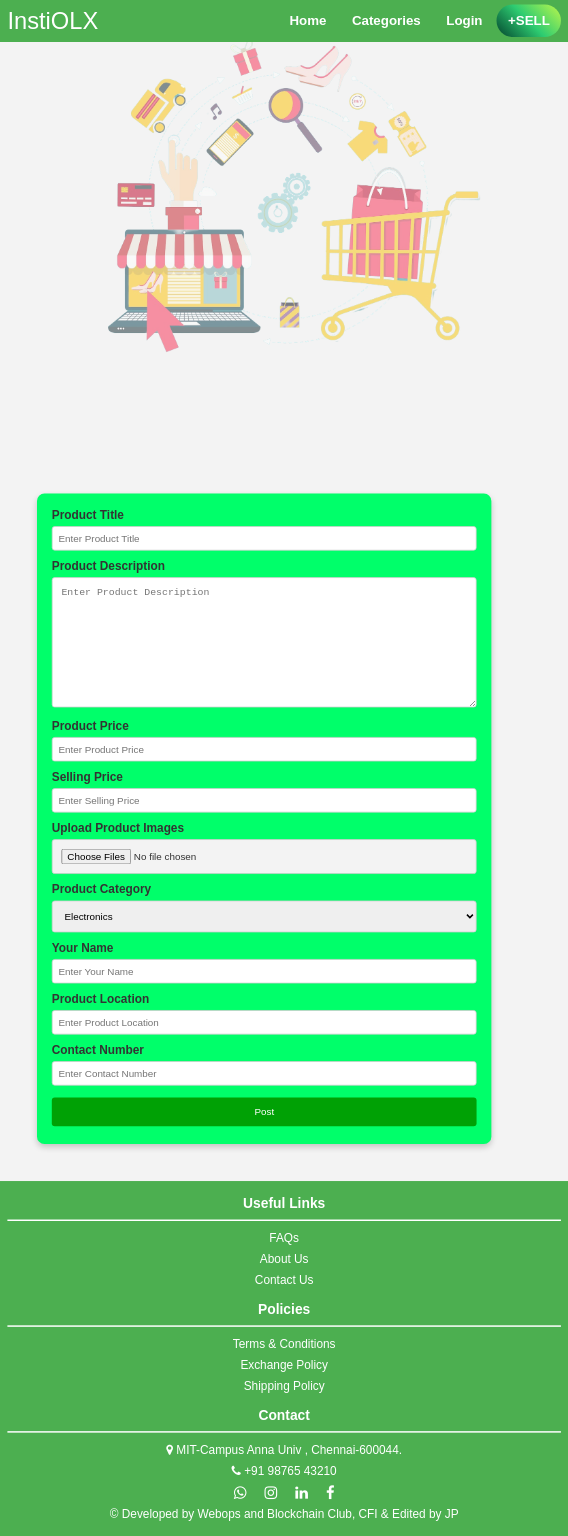
Repository: John-Prabu-A/web-dev-summer-school
Page: Session_1_Assignment/sell.html
The author's editor kept a copy of each file at every save. The page is drawn from the files as they stood at one save, then again after the next save.
The browser window is 768 px wide. The pictures show the whole page, at 74% of full size.

Above is the page before, as saved 2024-06-20 16:33:56.

### Session_1_Assignment/sell.html
<!DOCTYPE html>
<html lang="en">

<head>
    <meta charset="UTF-8">
    <meta name="viewport" content="width=device-width, initial-scale=1.0">
    <title>InstiOLX</title>
    <link rel="stylesheet" href="Styles.css">
    <link rel="stylesheet" href="https://cdnjs.cloudflare.com/ajax/libs/font-awesome/4.7.0/css/font-awesome.min.css">
    <link rel="stylesheet" href="sell-page.css">
</head>

<body>
    <header>
        <div id="logo">InstiOLX</div>
        <div class="navbar">
          <span class="nav-link">
            <a href="/Session_1_Assignment/index.html">Home</a>
          <a href="#">Categories</a>
          <a href="#">Login</a>
          </span>
          <a href="/Session_1_Assignment/sell.html" style="background:linear-gradient(45deg, #03442e, #2ECC71 , #BDF74B );text-align:center;border-radius:40px;">+SELL</a>
        </div>
    </header>

    <img src="/Session_1_Assignment/sell-page-bg.png" alt="sell-page-image">
    <form action="" class="container" method="post">
        <label for="product-title"><b>Product Title</b></label>
        <input type="text" placeholder="Enter Product Title" name="product-title" required>

        <Lable for="product-description"><b>Product Description</b></Lable>
        <textarea name="product-description" id="product-description" cols="30" rows="10"
            placeholder="Enter Product Description" required></textarea>

        <label for="product-price"><b>Product Price</b></label>
        <input type="text" placeholder="Enter Product Price" name="product-price" required>

        <label for="selling-price"><b>Selling Price</b></label>
        <input type="text" placeholder="Enter Selling Price" name="selling-price" required>

        <!-- multiple photo upload -->
        <label for="product-image"><b>Upload Product Images</b></label>
        <input type="file" name="product-image" id="product-image" multiple required>

        <label for="product-category"><b>Product Category</b></label>
        <select name="product-category" id="product-category" required>
            <option value="electronics">Electronics</option>
            <option value="furniture">Furniture</option>
            <option value="vehicles">Vehicles</option>
            <option value="clothing">Clothing</option>
            <option value="books">Books</option>
            <option value="miscellaneous">Miscellaneous</option>
            <option value="other">Other</option>
        </select>

        <label for="seller-name"><b>Your Name</b></label>
        <input type="text" placeholder="Enter Your Name" name="seller-name" required>

        <label for="product-location"><b>Product Location</b></label>
        <input type="text" placeholder="Enter Product Location" name="product-location" required>

        <label for="product-contact"><b>Contact Number</b></label>
        <input type="text" placeholder="Enter Contact Number" name="product-contact" required>

        <button type="submit">Post</button>
    </form>
    <footer class="footer">
        <div class="footer-container">
            <div class="footer-column">
                <h3>Useful Links</h3>
                <ul>
                    <li><a href="#">FAQs</a></li>
                    <li><a href="#">About Us</a></li>
                    <li><a href="#">Contact Us</a></li>
                </ul>
            </div>
            <div class="footer-column">
                <h3>Policies</h3>
                <ul>
                    <li><a href="#">Terms & Conditions</a></li>
                    <li><a href="#">Exchange Policy</a></li>
                    <li><a href="#">Shipping Policy</a></li>
                </ul>
            </div>
            <div class="footer-column">
                <h3>Contact</h3>
                <p><i class="fa fa-map-marker"></i> MIT-Campus Anna Univ , Chennai-600044.</p>
                <p><i class="fa fa-phone"></i> +91 98765 43210</p>
                <div class="social-icons">
                    <a href="#" class="fa fa-whatsapp"></a>
                    <a href="#" class="fa fa-instagram"></a>
                    <a href="#" class="fa fa-linkedin"></a>
                    <a href="#" class="fa fa-facebook"></a>
                </div>
            </div>
            © Developed by Webops and Blockchain Club, CFI & Edited by JP
        </div>
    </footer>
</body>

</html>

### Session_1_Assignment/Styles.css
* {
    box-sizing: border-box;
    margin: 0;
    padding: 0;
}

body {
    font-family: 'Gill Sans', 'Gill Sans MT', Calibri, 'Trebuchet MS', sans-serif;
    background-color: white;
    color: #333;
}

header{
    background-color: #4CAF50;
    color: white;
    padding: 10px;
    display: flex;
    justify-content: space-between;
    align-items: center;
    position: fixed;
    width: 100%;
    z-index: 100;
  }
  header #logo {
    font-size: 2em;
  }

  header .navbar a{
    color: white;
    font-weight: bold;
    font-size: 18px;
    padding: 12px 15px;
    text-decoration: none;
  }
  header .navbar a:hover{
    background-color: #45a049;
  }
.banner {
    position: relative;
    padding: 60px 0 0 0;
}

.banner img {
    width: 100%;
}

.search-bar {
    margin: 20px;
    display: flex;
    justify-content: center;
}

.search-bar input[type="text"] {
    width: 300px;
    padding: 10px;
    border: 2px solid #4CAF50;
    border-radius: 5px 0 0 5px;
    border-right: 0;
    outline: none;             /*On starting to type it creates balck border by default,so to avoid it v use this*/
}

.search-bar button {
    padding: 10px 20px;
    border: 2px solid #4CAF50;
    border-left: 0;
    background-color: #4CAF50;
    color: white;
    cursor: pointer;
    border-radius: 0 5px 5px 0;
}

.search-bar button:hover {
    background-color: #45a049;
}

.slideshow-container {
    display: flex;
    justify-content: center;
    gap: 50px;
    flex-wrap: wrap;
}

.slideshow {
    position: relative;
    width: 350px;
    height: 350px;
    overflow: hidden;
    border-radius: 20px;
    border: 2px solid #ddd;
    box-shadow: 0 0 10px rgba(0, 0, 0, 0.1);
}

.slideshow-image {
    position: absolute;
    width: 100%;
    height: 100%;
    background-size: cover;
    opacity: 0;
    animation-iteration-count: infinite;
}

.image1 { background-image: url('https://encrypted-tbn0.gstatic.com/images?q=tbn:ANd9GcQVwGVsuaL7RGKo6A_Sqq83s5_6XYFMhHsjug&s');
          animation-name: fade1;
          animation-duration: 4s; }
.image2 { background-image: url('https://5.imimg.com/data5/WS/NI/FV/SELLER-11710265/mad-maxx-bicycles-avengers-single-kids-cycle-500x500.jpg');
          animation-name: fade2;
          animation-duration: 4s; }
.image3 { background-image: url('https://5.imimg.com/data5/SELLER/Default/2022/7/YX/MH/UK/153492086/pulsar-150cc-twin-disk-500x500.png');
          animation-name: fade3;
          animation-duration: 4s; }
.image4 { background-image: url('https://cpimg.tistatic.com/07673503/b/4/Toyota-Innova-Crysta.jpg');
          animation-name: fade1;
          animation-duration: 4s; }
.image5 { background-image: url('https://tiimg.tistatic.com/fp/1/007/862/most-advanced-modern-premium-lg-7-kg-front-fully-automatic-washing-machine-255.jpg');
          animation-name: fade2;
          animation-duration: 4s; }
.image6 { background-image: url('https://5.imimg.com/data5/SELLER/Default/2022/3/MI/KE/UL/19250422/whirlpool-1-0-ton-3-star-inverter-split-ac-500x500.jpg');
          animation-name: fade3;
          animation-duration: 4s; }
.image7 { background-image: url('https://5.imimg.com/data5/SELLER/Default/2021/8/HZ/XR/AC/8962391/household-vacuum-cleaner-500x500.jpg');
          animation-name: fade1;
          animation-duration: 4s; }
.image8 { background-image: url('https://static.nbastore.in/resized/500X500/50/nba-authentic-series-indoor-outdoor-basketball-size-7-brown-65146fd7e6af2.jpg');
          animation-name: fade2;
          animation-duration: 4s; }
.image9 { background-image: url('https://m.media-amazon.com/images/I/61KOc8c4xQL._SL1200_.jpg');
          animation-name: fade3;
          animation-duration: 4s; }

@keyframes fade1 {
    0%, 33.33% { opacity: 1; }
    33.34%, 100% { opacity: 0; }
}
@keyframes fade2 {
    0%, 33.33% { opacity: 0; }
    33.34%, 66.66% { opacity: 1; }
    66.67%, 100% { opacity: 0; }
}
@keyframes fade3 {
    0%, 66.66% { opacity: 0; }
    66.67%, 100% { opacity: 1; }
}

.container {
    position: relative;
    max-width: 100%;
  }

    .image {
        opacity: 1;
        display: block;
        width: 100%;
        height: auto;
    }

  .middle {
    opacity: 0;
    position: absolute;
    top: 50%;
    left: 50%;
    transform: translate(-50%, -50%);
    text-align: center;
  }
  .text {
    color: #4CAF50;
    font-size: 16px;
    padding: 16px 32px;
    font-weight: bold;
  }
  .container:hover .image {
    opacity: 0.3;
  }

  .container:hover .middle {
    opacity: 1;
  }


.product-listings {
    display: flex;
    flex-wrap: wrap;
    justify-content: center;
    margin: 20px;
    border: 5px solid #4CAF50;
    border-radius: 15px;
    padding: 25px;
}

.product {
    background-color: white;
    border: 2px solid #e0e0e0;
    border-radius: 10px;
    margin: 30px;
    padding: 15px;
    width: 220px;
    text-align: center;
    transition: transform 0.5s, box-shadow 0.3s;
}

.product:hover {
    box-shadow: 0 4px 8px rgba(0, 0, 0, 0.2);
    transform: scale(1.05);
}

.product img {
    max-width: 100%;
    border-bottom: 1px solid #e0e0e0;
    margin-bottom: 10px;
}

.product-info h2 {
    font-size: 1.2em;
    margin-bottom: 10px;
    color: #4CAF50;
}

.product-info p {
    font-size: 1em;
    color: #777;
}

.footer {
    background-color: #4CAF50;
    color: white;
    text-align: center;
    padding: 20px 0;
    margin-top: 40px;
}

.footer-container {
    display: flex;
    flex-wrap: wrap;
    justify-content: center;
}

.footer-column {
    width: 30%;
    margin: 10px;
}

.footer-column h3 {
    border-bottom: 2px solid #fff;
    padding-bottom: 10px;
    margin-bottom: 15px;
}

.footer-column ul {
    list-style-type: none;
}

.footer-column ul li {
    margin: 10px ;
}

.footer-column ul li a {
    color: white;
    text-decoration: none;
}

.footer-column p {
    margin-top: 10px;
}

.footer-column .social-icons {
    margin-top: 10px;
}

.footer-column .social-icons a {
    color: white;
    text-decoration: none;
    margin: 0 10px;
    font-size: 20px;
}


@media screen and (max-width: 600px) {

    .slideshow-container {
        flex-direction: column;
        gap: 20px;
    }

    .slideshow {
        width: 100%;
        height: 200px;
    }

    .nav-link {
        display: none;
    }

    .product {
        width: 100%;
    }
    .product-listings {
        margin: 10px;
    }
    .footer-column {
        width: 100%;
    }
    .footer-column ul {
        text-align: center;
    }
    .footer-column .social-icons {
        text-align: center;
    }
    .footer-column .social-icons a {
        margin: 0 5px;
    }
}

### Session_1_Assignment/sell-page.css
body {
    font-family: Arial, Helvetica, sans-serif;
    background-color: #f3f3f3;
}

img {
    display: block;
    position: fixed;
    right: 0;
    top: 15%;
    padding: 16px;
    width: 60%;
    height: auto;
    z-index: -1;
    box-sizing: border-box;
    opacity: 0.5;
    transition: opacity 0.2s ease-out;
}

.sticky-container {
    position: -webkit-sticky;
    position: sticky;
    top: 0;
    height: 100px;
}

.container {
    display: block;
    position: relative;
    top: 100px;
    padding: 16px;
    margin: 0 20px 150px 50px;
    background-color: #00ff6a;
    padding: 20px;
    width: 40%;
    border-radius: 10px;
    box-shadow: 0 4px 8px 0 rgba(0, 0, 0, 0.2);
}

input[type=text],
select,
textarea {
    width: 100%;
    padding: 8px;
    border: 1px solid #ccc;
    border-radius: 4px;
    box-sizing: border-box;
    margin-top: 6px;
    margin-bottom: 12px;
    resize: vertical;
}

button {
    background-color: #00a105;
    color: white;
    padding: 12px 20px;
    margin: 4px 0;
    border: none;
    border-radius: 4px;
    cursor: pointer;
    width: 100%;
}

button:hover {
    background-color: #007506;
}

.container label {
    font-weight: bold;
}

.container select {
    width: 100%;
    padding: 12px;
    border: 1px solid #ccc;
    border-radius: 4px;
    box-sizing: border-box;
    margin-top: 6px;
    margin-bottom: 12px;
    resize: vertical;
}

.container textarea {
    width: 100%;
    padding: 12px;
    border: 1px solid #ccc;
    border-radius: 4px;
    box-sizing: border-box;
    margin-top: 6px;
    margin-bottom: 12px;
    resize: vertical;
}

.container input[type=file] {
    width: 100%;
    padding: 12px;
    border: 1px solid #ccc;
    background-color: #f3f3f3;
    border-radius: 4px;
    box-sizing: border-box;
    margin-top: 6px;
    margin-bottom: 12px;
    resize: vertical;
}

@media (max-width: 768px) {
    .product-listings {
        margin: 10px;
    }

    .product {
        margin: 10px;
    }

    img {
        width: 100%;
        display: block;
        position: relative;
    }

    .container {
        width: 80dvw;
    }

    .footer-column {
        width: 100%;
        margin-top: 0px;
        top: 0;
    }
}

After the next save:
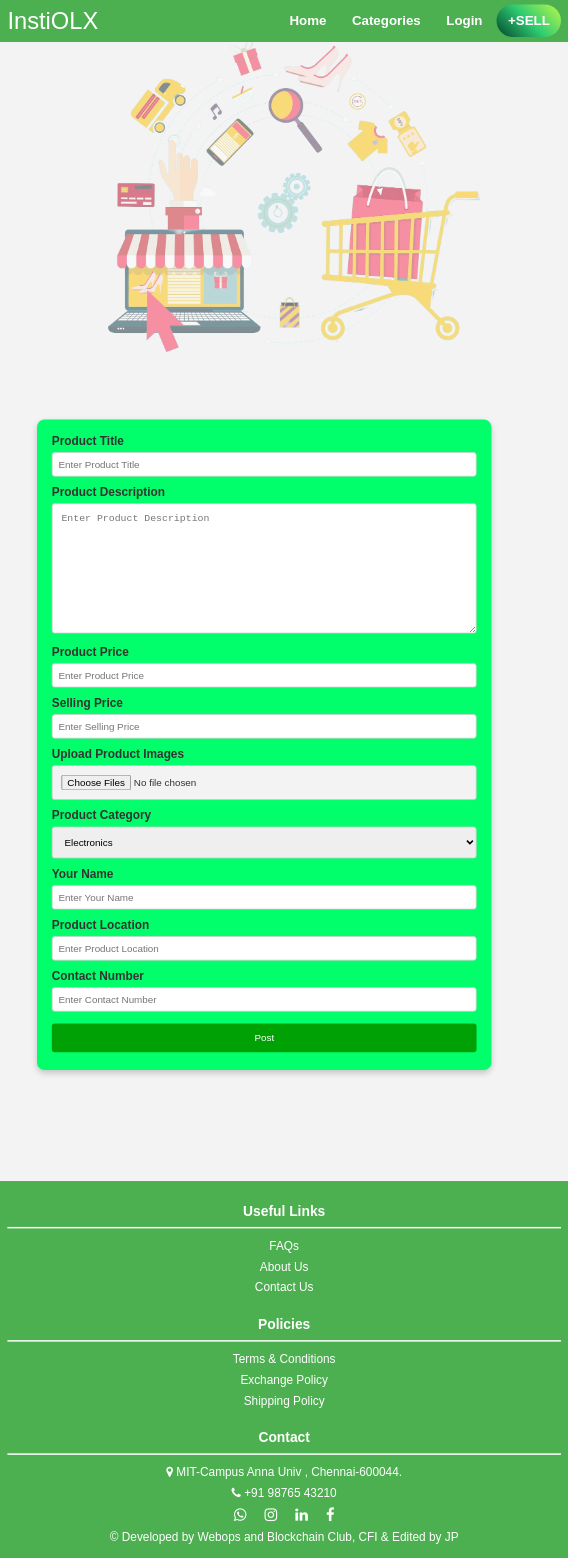
Saved 11 s later.
--- a/Session_1_Assignment/sell-page.css
+++ b/Session_1_Assignment/sell-page.css
@@ -120,11 +120,11 @@ button:hover {
 
     .container {
         width: 80dvw;
+        margin-top: 0px;
+        top: 0;
     }
 
     .footer-column {
         width: 100%;
-        margin-top: 0px;
-        top: 0;
     }
 }
